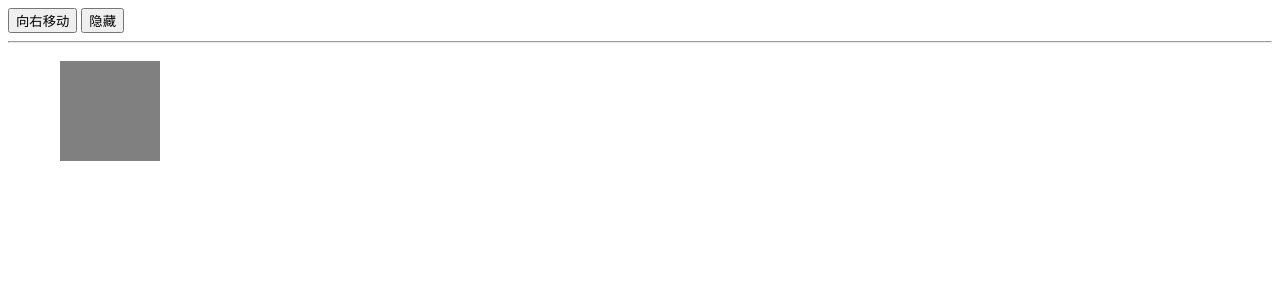
Repository: jsjchai/springmvc_study
Page: springmvc/jquery/jquery_Test/WebContent/jqueryTest15.html
These files come from the project's save history. The page is drawn as it stood at one moment and after the next save; the edit follows.
The browser window is 1280 px wide. The pictures show the whole page.
After loading, the first visible `#b1` was clicked once.

Above is the page before, as saved 2015-04-06 12:23:08.

After the next save:
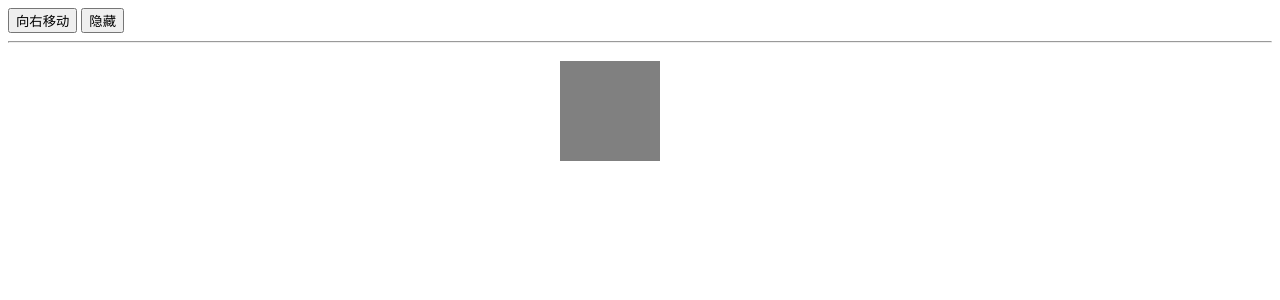
Saved 11 s later.
--- a/springmvc/jquery/jquery_Test/WebContent/jqueryTest15.html
+++ b/springmvc/jquery/jquery_Test/WebContent/jqueryTest15.html
@@ -9,7 +9,7 @@
 	$(document).ready(function(){
 		//向右移动
 		$("#b1").click(function(){
-			$("#d1").animate({left: '+50px'}, "slow");
+			$("#d1").animate({left: '+550px'}, "slow");
 		});
 		//隐藏
 		$("#b2").click(function(){
